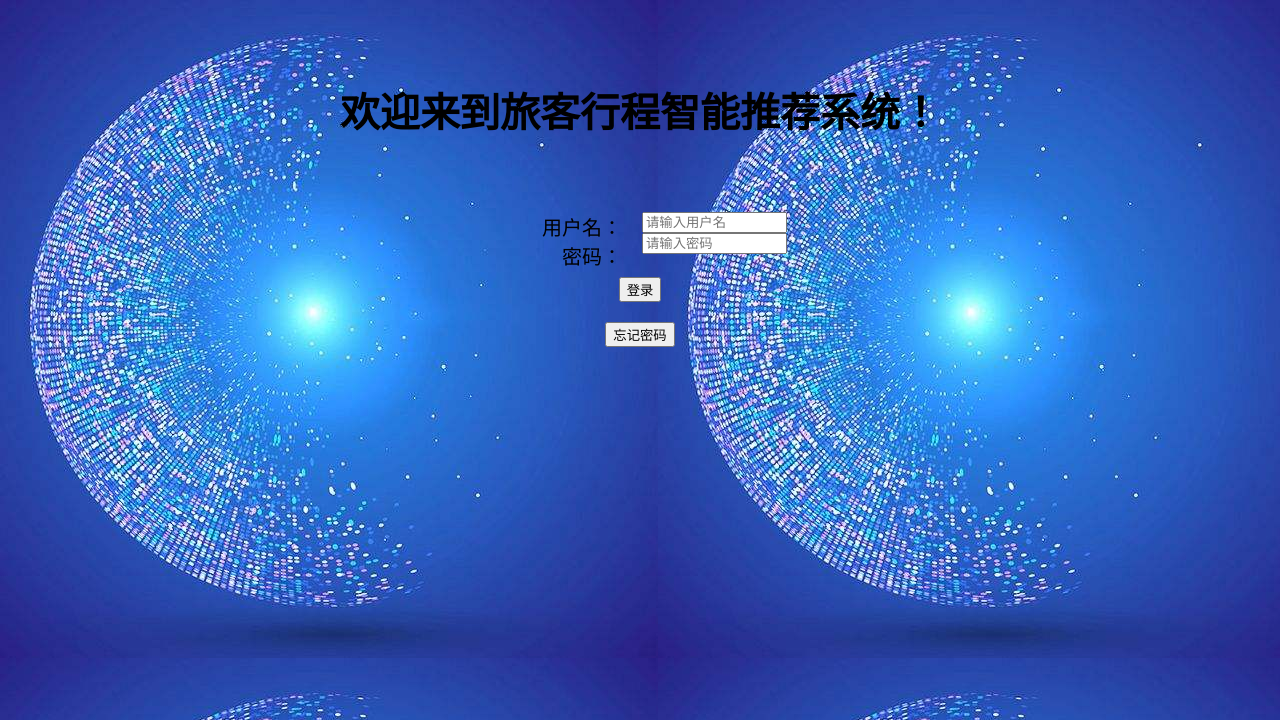
Repository: never-404/Intelligent-recommendation-system
Page: http://localhost/Intelligent-recommendation-system/log.jsp
These files come from the project's save history. The page is drawn as it stood at one moment and after the next save; the edit follows.
The browser window is 1280 px wide. The pictures show the whole page.
The page is served by Tomcat 9. Nobody is signed in. The application's start-up code is not run. Other server files are loaded and not shown.

Above is the page before, as saved 2019-04-19 00:44:30.

### Intelligent-recommendation-system/WebRoot/log.jsp
<%@ page language="java" contentType= "text/html;charset=gb2312" %>
<html>

	<head>
		<title>登录页面</title>
	    <meta charset="utf-8">

		<style type="text/css">
		.title
		{
			font-size: 300%

		}
		.table
		{
			margin:auto;
			width:25%;

		}
		lable { float: left; width: 7em; margin-right:1em; text-align: right; }
		h1	  {text-align: center}
	    body{
        font-size:20px;
        font-family:"宋体";
        background-image:url(circle.jpg);


    	}
        .a{
            text-align:center;
            vertical-align:middle;
        }
        img{max-width: 100%; height:auto;}

</style>
	</head>

	<body>
	<BR>	<BR>
	<h1>欢迎来到旅客行程智能推荐系统！</h1>
		<BR>	<BR>
    <div class="table">
    	<lable>用户名：</lable><input type="text" name="number" placeholder="请输入用户名" size="15" maxlength="10"/>
        <!--学号为10位-->
        <br>
        <lable>密码：</lable><input type="password" name="passport" placeholder="请输入密码" size="15" maxlength="10"/>
        <br>
    </div>
    <br>


	<div class=a>

    <form action = "mainpage.jsp" method = "post">
		<input type="submit" value ="登录">
	</form>
    <form action = "forget_pswd.jsp" method = "post">
		<input type="submit" value ="忘记密码">
	</form>

	</div>

	</body>


</html>

After the next save:
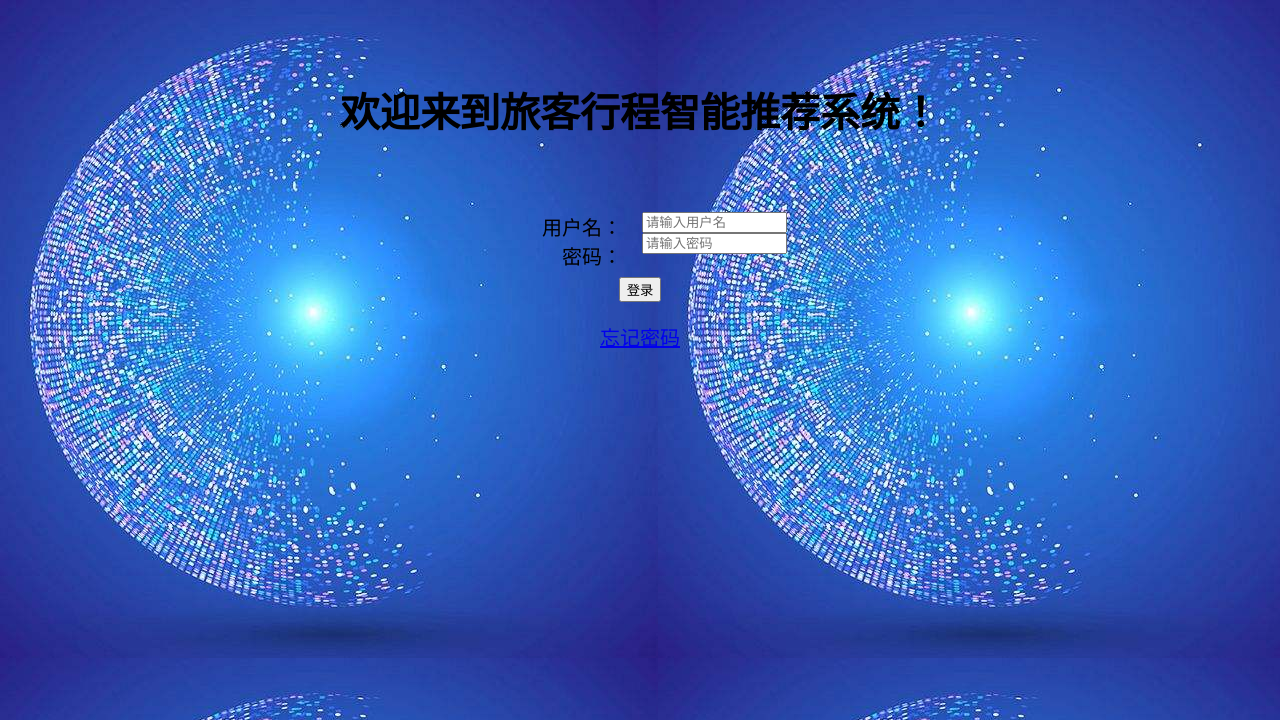
Saved 86 s later.
--- a/Intelligent-recommendation-system/WebRoot/log.jsp
+++ b/Intelligent-recommendation-system/WebRoot/log.jsp
@@ -54,10 +54,8 @@
     <form action = "mainpage.jsp" method = "post">
 		<input type="submit" value ="登录">
 	</form>
-    <form action = "forget_pswd.jsp" method = "post">
-		<input type="submit" value ="忘记密码">
-	</form>
 
+	 <a href="forget_pswd.jsp">忘记密码</a>
 	</div>
 
 	</body>
